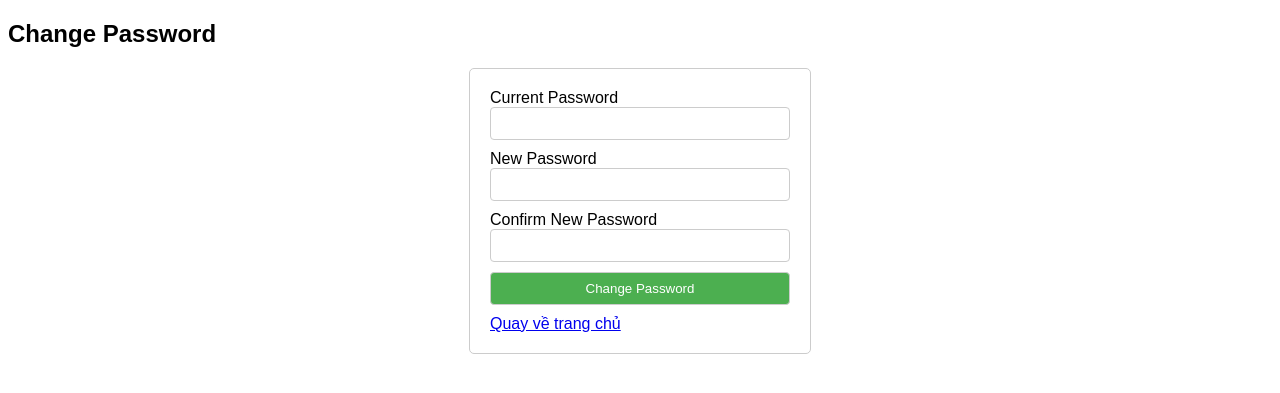
Repository: TuanAnhNguyen723/DanhGiaKIemDinh
Page: http://localhost/phpmailer/changepass.php
These files come from the project's save history. The page is drawn as it stood at one moment and after the next save; the edit follows.
The browser window is 1280 px wide. The pictures show the whole page.
The page is run by PHP 8.4 with error messages shown; the project is at /var/www/html/.

Above is the page before, as saved 2024-05-24 11:05:43.

### changepass.php
<!DOCTYPE html>
<html lang="en">
<head>
<meta charset="UTF-8">
<meta name="viewport" content="width=device-width, initial-scale=1.0">
<title>Change Password</title>
<style>
    body {
        font-family: Arial, sans-serif;
    }
    form {
        width: 300px;
        margin: auto;
        padding: 20px;
        border: 1px solid #ccc;
        border-radius: 5px;
    }
    input[type="password"],
    input[type="submit"] {
        display: block;
        width: 100%;
        padding: 8px;
        margin-bottom: 10px;
        border: 1px solid #ccc;
        border-radius: 4px;
        box-sizing: border-box;
    }
    input[type="submit"] {
        background-color: #4CAF50;
        color: white;
        cursor: pointer;
    }
    input[type="submit"]:hover {
        background-color: #45a049;
    }
</style>
</head>
<body>

<h2>Change Password</h2>

<form action="changepass.php" method="post">
    <label for="current_password">Current Password</label>
    <input type="password" id="current_password" name="current_password" required>

    <label for="new_password">New Password</label>
    <input type="password" id="new_password" name="new_password" required>

    <label for="confirm_new_password">Confirm New Password</label>
    <input type="password" id="confirm_new_password" name="confirm_new_password" required>

    <input type="submit" value="Change Password">
    <a href="index.php" class="btn btn-secondary btn-block">Quay về trang chủ</a>
</form>

</body>
</html>

After the next save:
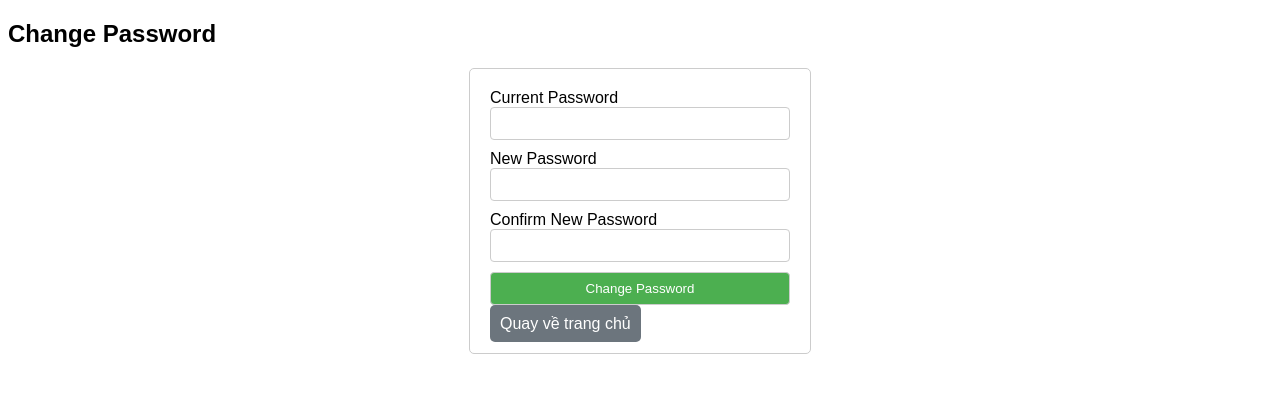
Saved 3 min 34 s later.
--- a/changepass.php
+++ b/changepass.php
@@ -33,6 +33,30 @@
     input[type="submit"]:hover {
         background-color: #45a049;
     }
+    .btn-block {
+        padding: 10px;
+    border-radius: 5px;
+    text-decoration: none;
+    color: white;
+    }
+
+    .btn-primary {
+            background-color: #007bff;
+            border-color: #007bff;
+        }
+        .btn-primary:hover {
+            background-color: #0056b3;
+            border-color: #004085;
+        }
+        .btn-secondary {
+            background-color: #6c757d;
+            border-color: #6c757d;
+            margin-top: 10px;
+        }
+        .btn-secondary:hover {
+            background-color: #5a6268;
+            border-color: #545b62;
+        }
 </style>
 </head>
 <body>
